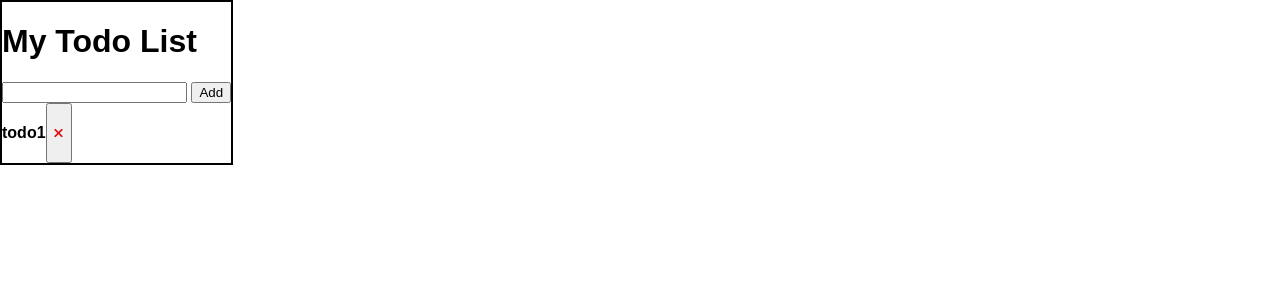
Repository: harshit-technocrat11/basic-DOM-projects
Page: 03-todo-list/index.html
These files come from the project's save history. The page is drawn as it stood at one moment and after a run of saves; the edit follows.
The browser window is 1280 px wide. The pictures show the whole page.

Above is the page before, as saved 2025-09-07 19:26:09.

After the next 3 saves:
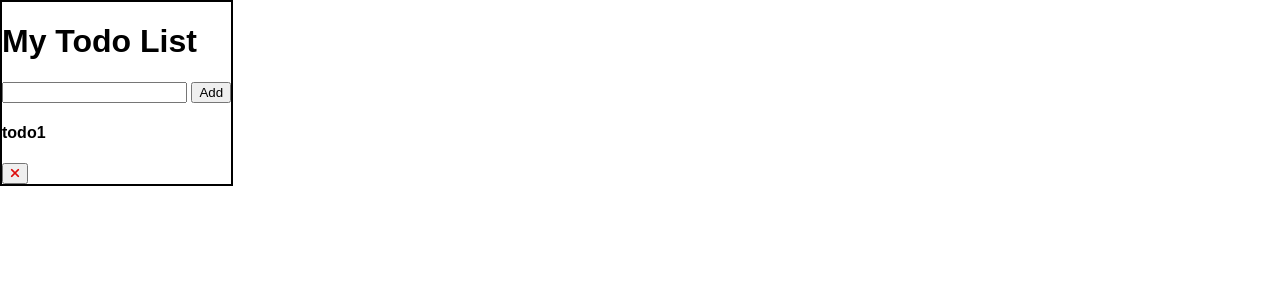
The 3 saves are shown as one change because they came seconds apart.
The last was saved 10 s later.
--- a/03-todo-list/index.html
+++ b/03-todo-list/index.html
@@ -25,9 +25,11 @@
         </div>
 
         <div class="display-todos">
-            <div id=""></div>
-             <h4>todo1</h4>
-             <button id="delete-todo" type="submit"><i class="fa-solid fa-xmark" style="color: #dd0e0e;"></i></button>
+            <div class="todo">
+
+                <h4>todo1</h4>
+                <button id="delete-todo" type="submit"><i class="fa-solid fa-xmark" style="color: #dd0e0e;"></i></button>
+            </div>
 
         </div>
 
